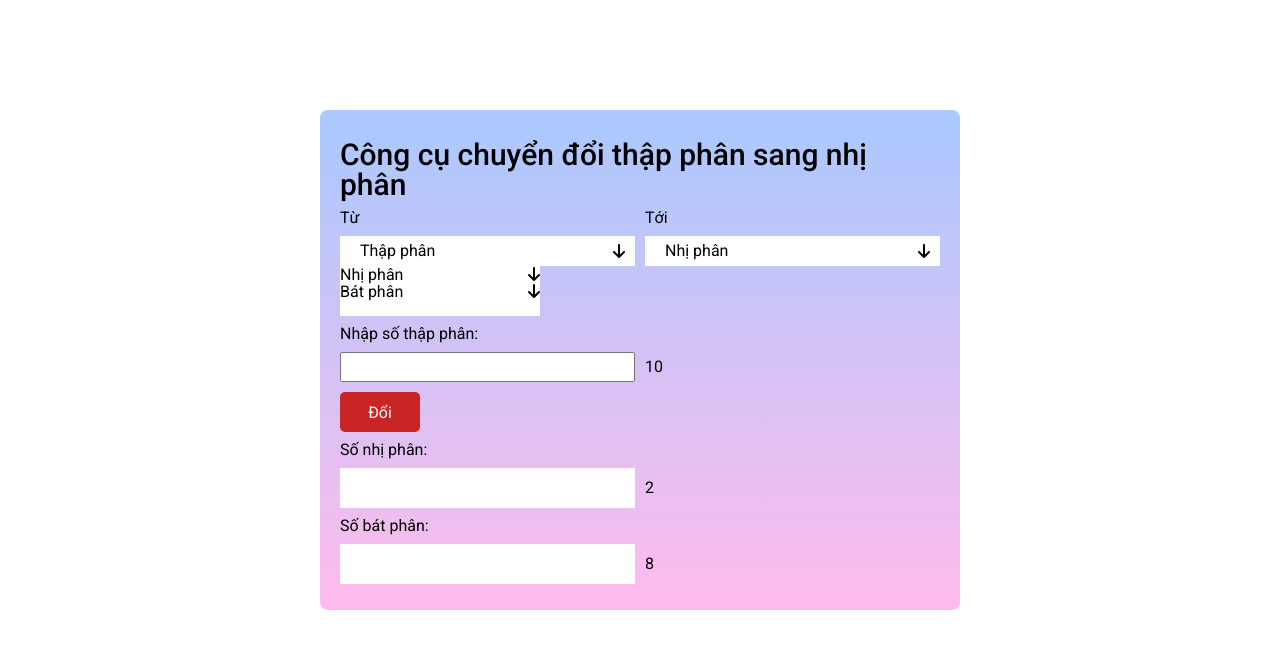
Repository: thuanpham00/covertNumber
Page: index.html
These files come from the project's save history. The page is drawn as it stood at one moment and after the next save; the edit follows.
The browser window is 1280 px wide. The pictures show the whole page.
Some web libraries are served in a nearby version. The style sheet was rebuilt from its Sass, Less or Tailwind sources for each picture, by a compiler version that may differ from the author's.

Above is the page before, as saved 2023-11-05 16:44:40.
Console error: TypeError: Cannot read properties of null (reading 'addEventListener')

### index.html
<!DOCTYPE html>
<html lang="en">
    <head>
        <meta charset="UTF-8" />
        <meta name="viewport" content="width=device-width, initial-scale=1.0" />
        <title>Convert Number</title>
        <link rel="stylesheet" href="./assets/css/main.css" />
        <link rel="preconnect" href="https://fonts.googleapis.com" />
        <link rel="preconnect" href="https://fonts.gstatic.com" crossorigin />
        <link
            href="https://fonts.googleapis.com/css2?family=Roboto:wght@400;500;700;900&display=swap"
            rel="stylesheet"
        />
        <script src="https://kit.fontawesome.com/3115b3f4f1.js"></script>
    </head>
    <body>
        <div class="container">
            <h1 class="title">Công cụ chuyển đổi thập phân sang nhị phân</h1>
            <div class="row">
                <span class="row__desc">Từ</span>
                <span class="row__desc">Tới</span>
            </div>
            <div class="row">
                <div class="row__type">
                    <div class="row__item">Thập phân</div>
                    <div class="row__icon">
                        <i class="fa-solid fa-arrow-down"></i>
                    </div>
                </div>

                <div class="row__type">
                    <div class="row__item">Nhị phân</div>
                    <div class="row__icon">
                        <i class="fa-solid fa-arrow-down"></i>
                    </div>
                </div>
                <div class="list">
                    <div class="list__item">
                        <div class="row__item">Nhị phân</div>
                        <div class="row__icon">
                            <i class="fa-solid fa-arrow-down"></i>
                        </div>
                    </div>
                    <div class="list__item">
                        <div class="row__item">Bát phân</div>
                        <div class="row__icon">
                            <i class="fa-solid fa-arrow-down"></i>
                        </div>
                    </div>
                </div>
            </div>
            <div class="container__wrapper">
                <div class="desc">Nhập số thập phân:</div>
                <form class="form" autocomplete="off">
                    <div class="row">
                        <input
                            type="text"
                            class="form__input"
                            name="numberInput"
                            required
                        />
                        <span>10</span>
                    </div>
                    <input type="submit" class="form__submit" value="Đổi" />
                </form>

                <div class="desc">Số nhị phân:</div>
                <div class="row">
                    <div class="result">
                        <span class="result__inner"></span>
                    </div>
                    <span>2</span>
                </div>
                <div class="desc">Số bát phân:</div>
                <div class="row">
                    <div class="result">
                        <span class="result__inner inner-2"></span>
                    </div>
                    <span>8</span>
                </div>
            </div>
        </div>

        <script src="./main.js"></script>
    </body>
</html>

### main.js
// // phần nguyên: integerPart
// // phần thập phân: decimalPart
window.addEventListener("load", function () {
    function convertDecimalToBinary(number) {
        let binary = [];
        let integerPart = Math.floor(number); // làm tròn xuống
        let decimalPart = number - integerPart;

        while (integerPart > 0) {
            let number1 = integerPart % 2;
            binary.unshift(number1);
            integerPart = Math.floor(integerPart / 2);
        }
        if (decimalPart > 0) {
            binary.push(".");

            let min = 0;
            let max = 16;
            while (decimalPart > 0 && min < max) {
                decimalPart = decimalPart * 2;
                let digit = Math.floor(decimalPart);
                binary.push(digit);
                decimalPart = decimalPart - digit;
                min++;
            }
        }
        return binary.join(""); // 8.625 (10) -> 1000.101 (2)
    }

    function convertDecimalToOctal(number) {
        let binary = [];
        let integerPart = Math.floor(number); // làm tròn xuống
        let decimalPart = number - integerPart;

        while (integerPart > 0) {
            let number1 = integerPart % 8;
            binary.unshift(number1);
            integerPart = Math.floor(integerPart / 8);
        }
        if (decimalPart > 0) {
            binary.push(".");

            let min = 0;
            let max = 16;
            while (decimalPart > 0 && min < max) {
                decimalPart = decimalPart * 8;
                let digit = Math.floor(decimalPart);
                binary.push(digit);
                decimalPart = decimalPart - digit;
                min++;
            }
        }
        return binary.join(""); // 11.25 (10) -> 13.2 (8)
    }
    const result = document.querySelector(".result__inner");
    const result2 = document.querySelector(".result__inner.inner-2");
    const form = document.querySelector(".form");
    form.addEventListener("submit", function (e) {
        e.preventDefault();
        const input = parseFloat(this.elements["numberInput"].value);
        result.textContent = convertDecimalToBinary(input);
        result2.textContent = convertDecimalToOctal(input);
    });

    const listType = document.querySelector(".row__list")
    listType.addEventListener("click", function(e) {
        const typeItem = e.target.querySelector(".row__type.type-2")
        typeItem.classList.add("type")
    })
});

### scss/main.scss
html,
body,
div,
span,
applet,
object,
iframe,
h1,
h2,
h3,
h4,
h5,
h6,
p,
blockquote,
pre,
a,
abbr,
acronym,
address,
big,
cite,
code,
del,
dfn,
em,
img,
ins,
kbd,
q,
s,
samp,
small,
strike,
strong,
sub,
sup,
tt,
var,
b,
u,
i,
center,
dl,
dt,
dd,
ol,
ul,
li,
fieldset,
form,
label,
legend,
table,
caption,
tbody,
tfoot,
thead,
tr,
th,
td,
article,
aside,
canvas,
details,
embed,
figure,
figcaption,
footer,
header,
hgroup,
menu,
nav,
output,
ruby,
section,
summary,
time,
mark,
audio,
video {
    margin: 0;
    padding: 0;
    border: 0;
    font-size: 100%;
    font: inherit;
    vertical-align: baseline;
}
/* HTML5 display-role reset for older browsers */
article,
aside,
details,
figcaption,
figure,
footer,
header,
hgroup,
menu,
nav,
section {
    display: block;
}
body {
    line-height: 1;
}
ol,
ul {
    list-style: none;
}
blockquote,
q {
    quotes: none;
}
blockquote:before,
blockquote:after,
q:before,
q:after {
    content: "";
    content: none;
}
table {
    border-collapse: collapse;
    border-spacing: 0;
}

*,
::after,
::before {
    box-sizing: border-box;
}

html {
    font-size: 62.5%;
}

body {
    background: #fff;
    font-size: 1.6rem;
    font-family: "Roboto", sans-serif;
}

input,
select,
textarea,
button {
    font-size: inherit;
    font-family: inherit;
}

.container {
    background-color: #a9c9ff;
    background-image: linear-gradient(180deg, #a9c9ff 0%, #ffbbec 100%);

    border-radius: 8px;
    padding: 10px 20px;
    height: 500px;
    position: absolute;
    top: 50%;
    left: 50%;
    transform: translate(-50%, -50%);

    .title {
        margin-top: 20px;
        font-size: 3rem;
        font-weight: 500;
    }

    .row {
        margin-top: 10px;
        display: grid;
        align-items: center;
        grid-template-columns: 1fr 1fr;
        column-gap: 10px;

        .row__type {
            display: flex;
            align-items: center;
            justify-content: space-between;
            padding-left: 20px;
            padding-right: 10px;
            height: 30px;
            width: 100%;
            background: #fff;

            pointer-events: none;

            > i {
                font-size: 0.6rem;
            }
        }

        .result {
            width: 100%;
            height: 40px;
            background: #fff;
            display: flex;
            align-items: center;
            padding-left: 20px;
        }
    }

    .desc {
        margin-top: 10px;
    }

    .form__input {
        height: 30px;
        padding: 5px 0px 5px 20px;
        outline: none;
    }

    .form__submit {
        margin-top: 10px;
        width: 80px;
        height: 40px;
        border-radius: 5px;
        background: #c92525;
        color: #fff;
        outline: none;
        border: none;
    }
}

.list {
    height: 50px;
    width: 200px;
    background: #fff;

    .list__item {
        display: flex;
        align-items: center;
        justify-content: space-between;
    }
}

After the next save:
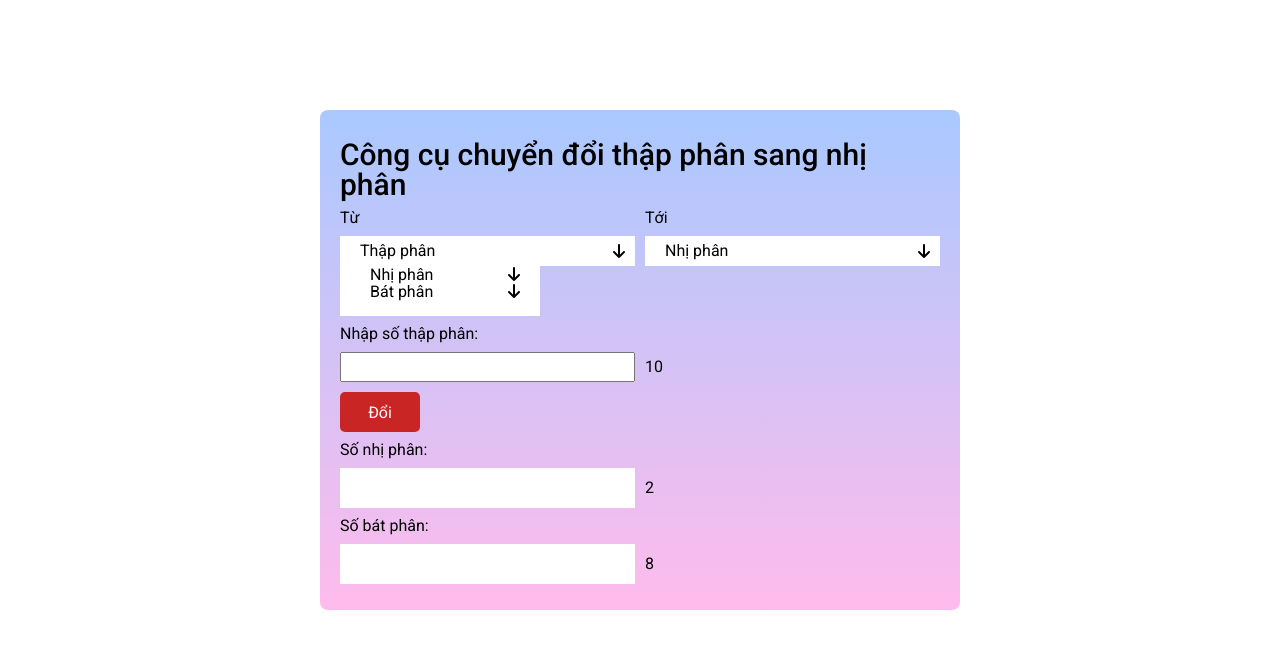
Saved 23 s later.
--- a/scss/main.scss
+++ b/scss/main.scss
@@ -230,5 +230,7 @@ button {
         display: flex;
         align-items: center;
         justify-content: space-between;
-    }
-}
+        padding-left: 30px;
+        padding-right: 20px;
+    }
+}
